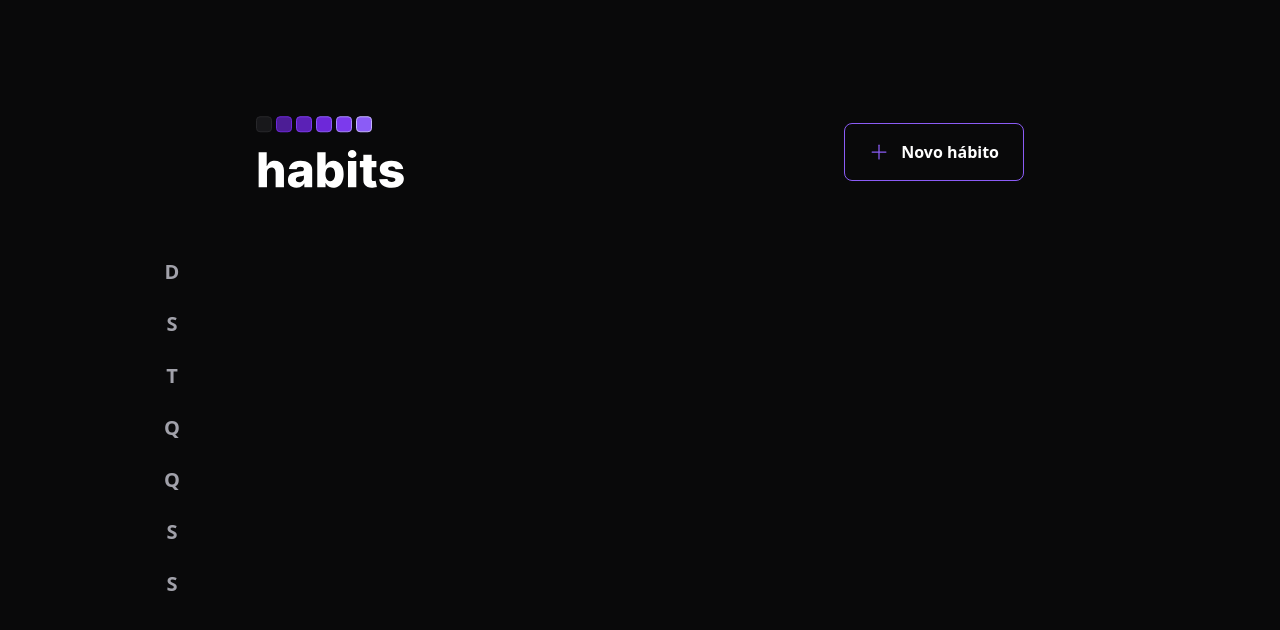
Repository: LuizAGDomingues/Habits-application
Page: /
These files come from the project's save history. The page is drawn as it stood at one moment and after the next save; the edit follows.
The browser window is 1280 px wide. The pictures show the whole page.
The project was rebuilt for these pictures with package versions that can differ from the ones it lists, and the page was loaded fresh each time. Also part of the build but not shown: vite.config.ts.

Above is the page before, as saved 2023-01-18 16:29:52.

After the next save:
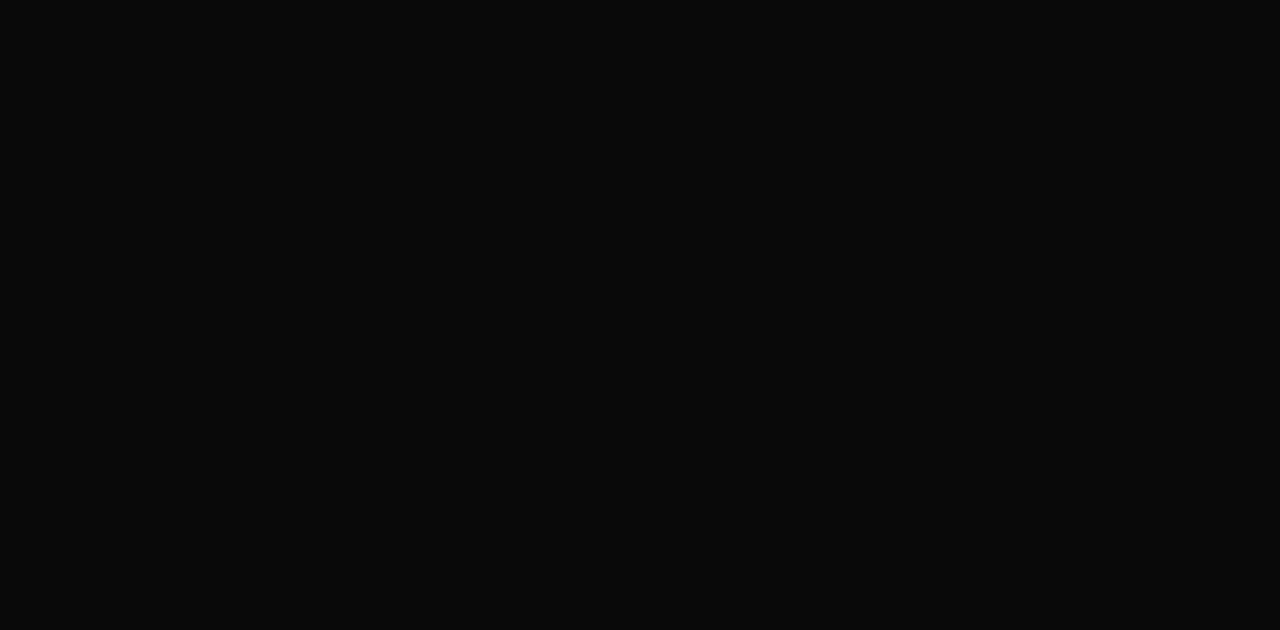
Console error: TypeError: undefined is not a function
Saved 4 s later.
--- a/src/components/SummaryTable.tsx
+++ b/src/components/SummaryTable.tsx
@@ -19,7 +19,7 @@
       </div>
 
       <div className="grid grid-rows-7 grid-flow-col gap-3">
-        {}
+        {summaryDates.map()}
       </div>
     </div>
   )

After the save that followed:
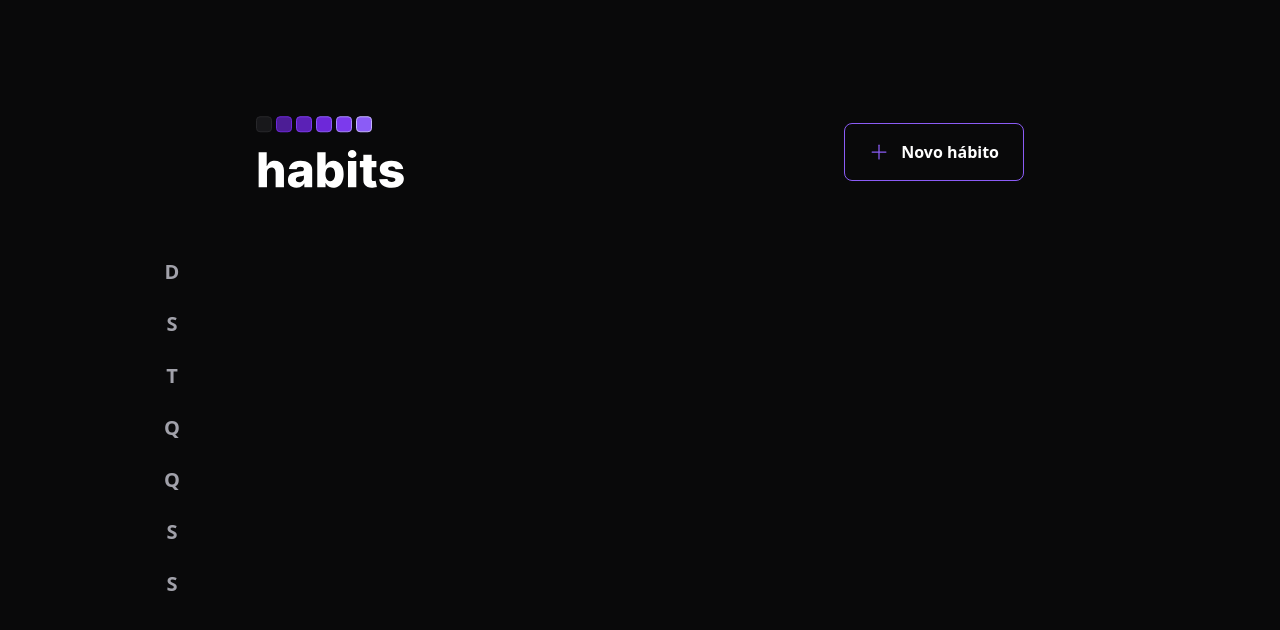
The error is gone.
Saved 7 s later.
--- a/src/components/SummaryTable.tsx
+++ b/src/components/SummaryTable.tsx
@@ -19,7 +19,9 @@
       </div>
 
       <div className="grid grid-rows-7 grid-flow-col gap-3">
-        {summaryDates.map()}
+        {summaryDates.map(date => {
+
+        })}
       </div>
     </div>
   )
